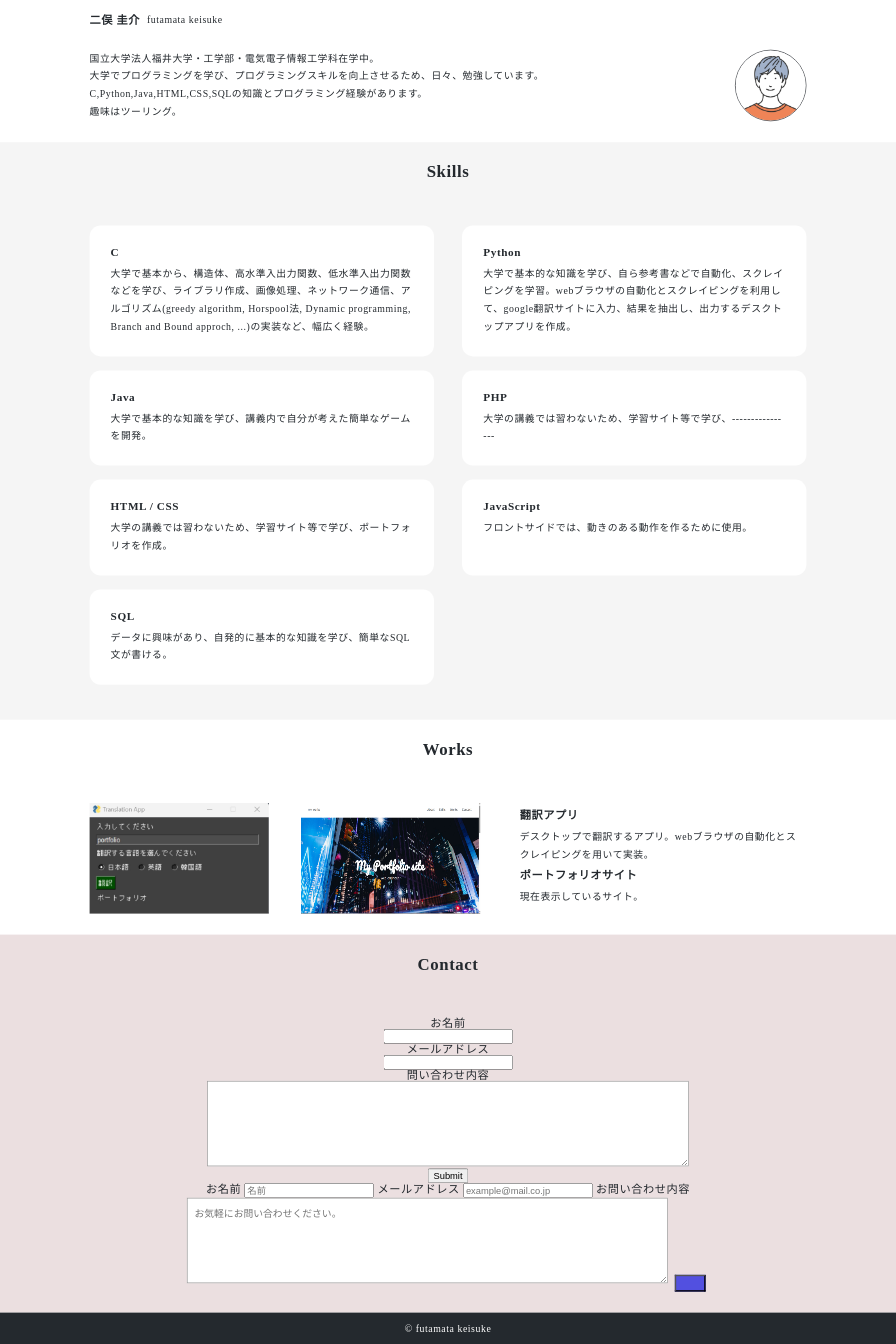
Repository: F-ksk/portfolio
Page: index.html
The author's editor kept a copy of each file at every save. The page is drawn from the files as they stood at one save, then again after the next save.
The browser window is 1280 px wide. The pictures show the part of the page from y = 733 to 2653 px (the page is 2653 px tall), at 70% of full size.

Above is the page before, as saved 2023-06-29 23:39:28.

After the next save:
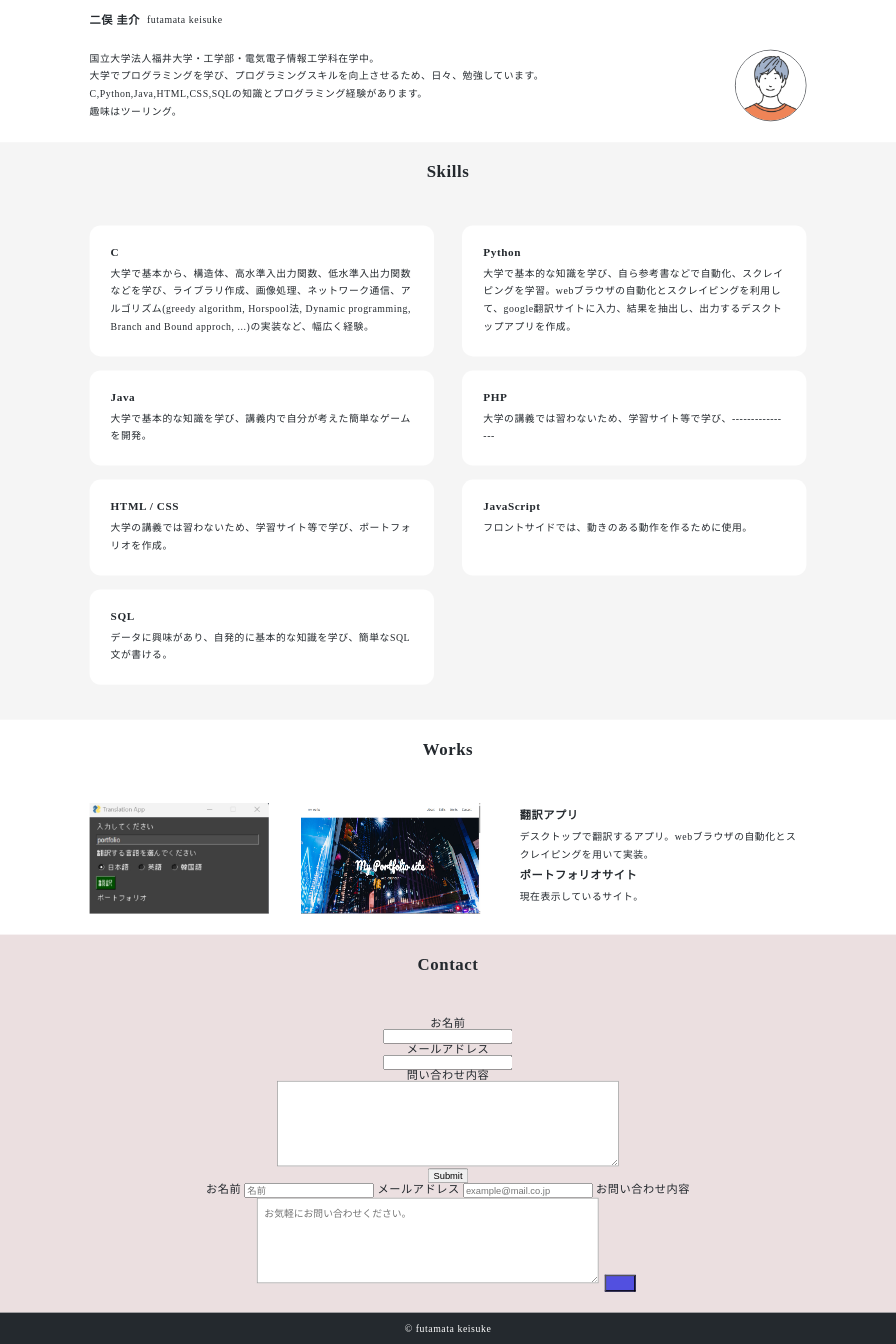
Saved 62 s later.
--- a/css/style.css
+++ b/css/style.css
@@ -165,6 +165,11 @@ section {
     text-align: center;
 }
 
+#contact form {
+    width: 70%;
+    margin: 0 auto;
+}
+
 input[type="name"]{
     padding: 10px;
     width: 65%;
